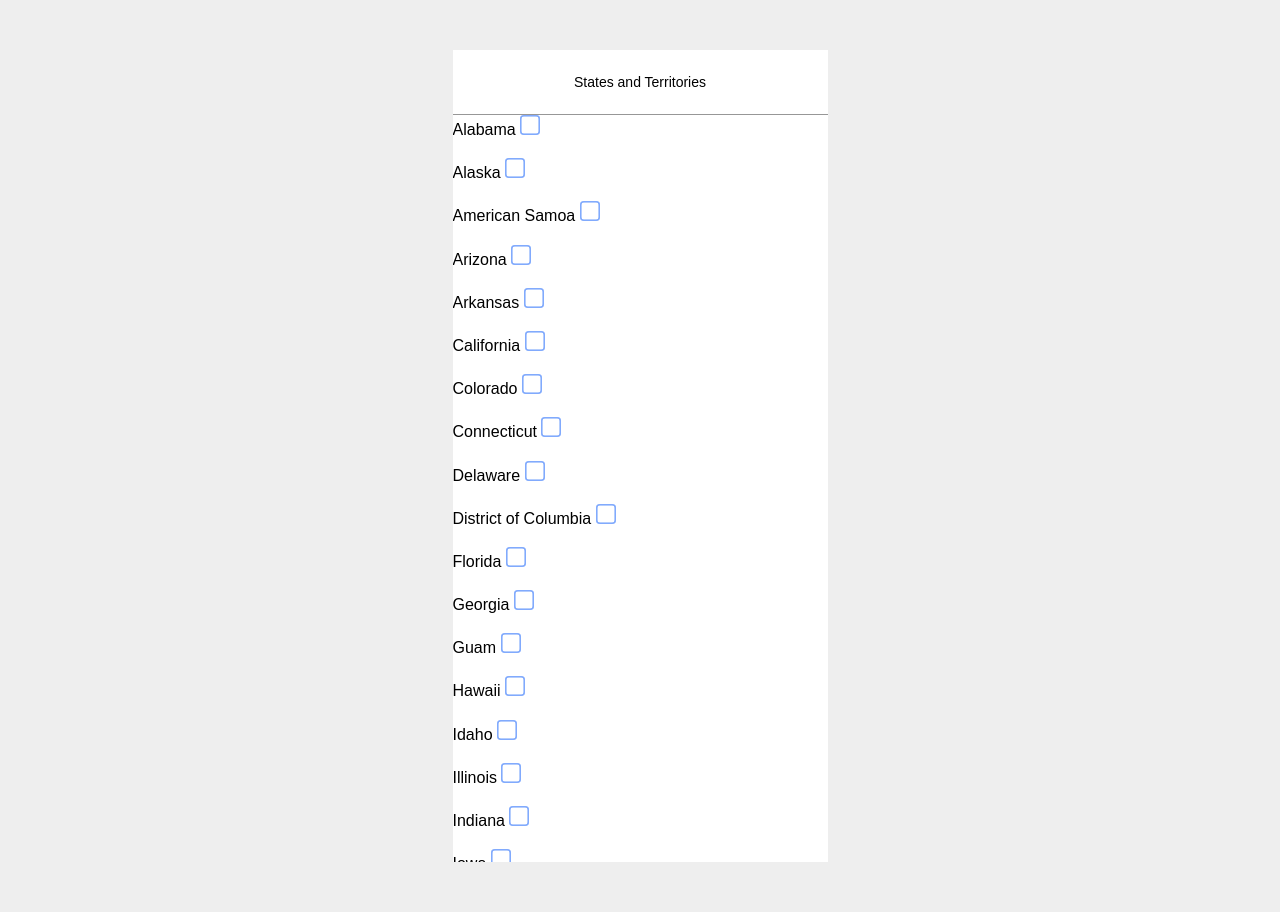
Repository: zitac234/codingTest
Page: /
An editor plug-in stored every save of this project. The page is shown before and after a run of saves, followed by the edit.
The browser window is 1280 px wide. The pictures show the whole page.
The project was rebuilt for these pictures with package versions that can differ from the ones it lists, and the page was loaded fresh each time.

Above is the page before, as saved 2021-03-31 15:06:43.

### src/index.css
body {
  margin: 0;
  font-family: 'Arial', sans-serif;
  -webkit-font-smoothing: antialiased;
  -moz-osx-font-smoothing: grayscale;
  background-color: #eee;
}

### src/Header.js
import "./Header.css";

export function Header() {
  return (
    <header className="header">
      <span className="title">States and Territories</span>
    </header>
  );
}

### src/List.js
import { Fragment } from "react";
// import Card from '@material-ui/core/Card'
// import CardContent from '@material-ui/core/CardContent';
import { Checkbox } from "./Checkbox";
// import { makeStyles } from '@material-ui/core/styles';
import "./List.css";
// const useStyles = makeStyles({
//   root: {
//     minWidth: 275,
//   },
// })
export function List(props) {
  return (
    <div className="list">
      {props.items.map((item) => (
        <Fragment key={item}>
          <div className='state'>
          {item} <Checkbox/><br />
          {/* You also have <Checkbox selected={false} /> */}
          </div>
          </Fragment>
      ))}
    </div>
  );
}

### src/_data.js
export const data = [
  "Alabama",
  "Alaska",
  "American Samoa",
  "Arizona",
  "Arkansas",
  "California",
  "Colorado",
  "Connecticut",
  "Delaware",
  "District of Columbia",
  "Florida",
  "Georgia",
  "Guam",
  "Hawaii",
  "Idaho",
  "Illinois",
  "Indiana",
  "Iowa",
  "Kansas",
  "Kentucky",
  "Louisiana",
  "Maine",
  "Maryland",
  "Massachusetts",
  "Michigan",
  "Minnesota",
  "Mississippi",
  "Missouri",
  "Montana",
  "Nebraska",
  "Nevada",
  "New Hampshire",
  "New Jersey",
  "New Mexico",
  "New York",
  "North Carolina",
  "North Dakota",
  "Northern Mariana Islands",
  "Ohio",
  "Oklahoma",
  "Oregon",
  "Pennsylvania",
  "Puerto Rico",
  "Rhode Island",
  "South Carolina",
  "South Dakota",
  "Tennessee",
  "Texas",
  "Utah",
  "Vermont",
  "Virgin Islands",
  "Virginia",
  "Washington",
  "West Virginia",
  "Wisconsin",
  "Wyoming"
]

### src/Header.css
.header {
  width: 100%;
  font-size: 14px;
  display: flex;
  border-bottom: 1px solid #979797;
}

.title {
  line-height: 24px;
  margin: 20px auto;
}

### src/Checkbox.js
import selected from "./Checkbox-Filled.svg";
import unselected from "./Checkbox-Empty.svg";

export function Checkbox(props) {
  return (
    <img
      width={20}
      height={20}
      src={props.selected ? selected : unselected}
      alt={`Checkbox ${selected ? "selected" : "unselected"}`}
    />
  );
}

### src/List.css
.list {
  flex: 1;
  overflow: auto;
}
.state{
  height: 6vh;
}

Loaded but not shown: public/index.html (common file); src/index.js (common file); src/App.js (common file); src/App.css (common file)

After the next 2 saves:
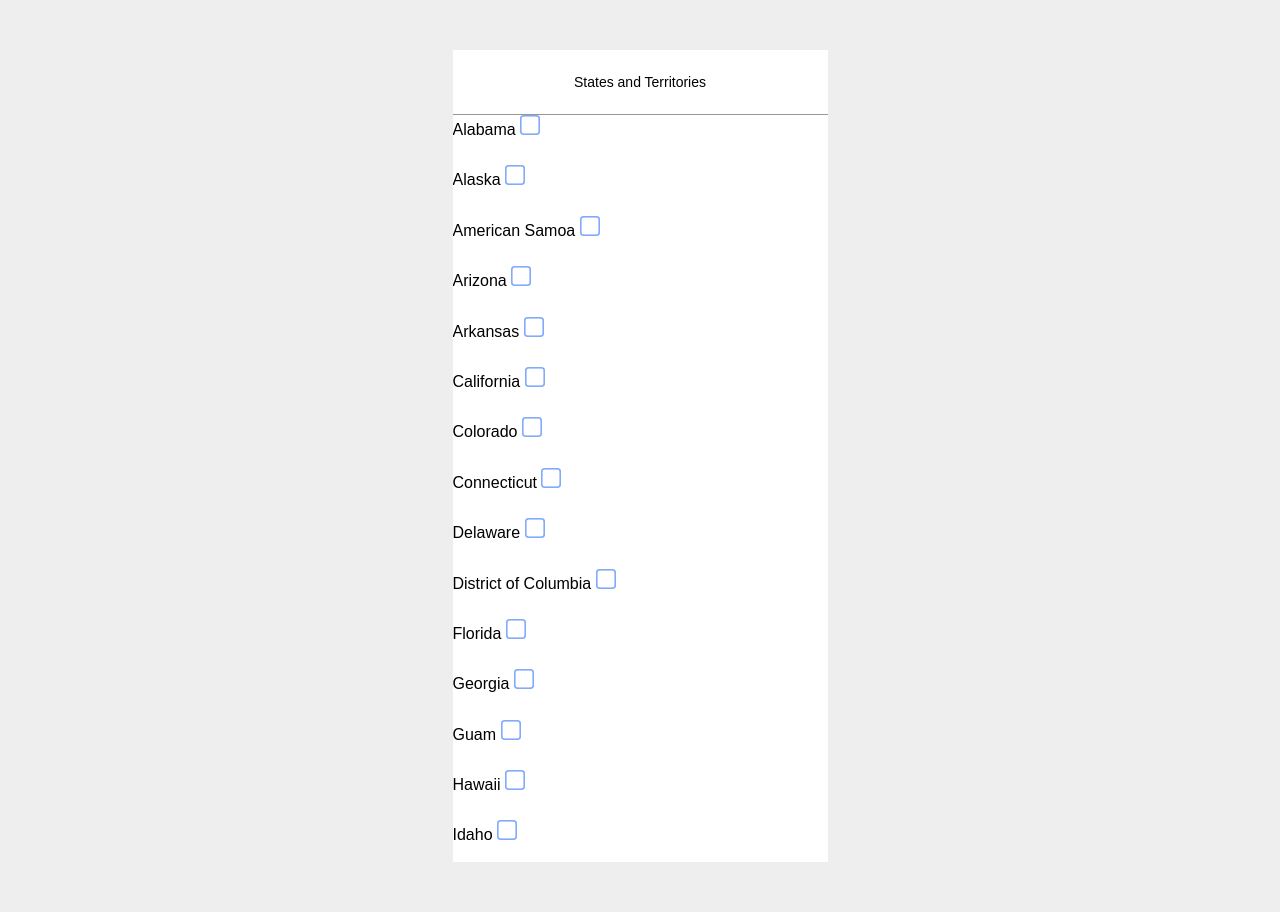
The 2 saves are shown as one change because they came seconds apart.
The last was saved 13 s later.
--- a/src/List.css
+++ b/src/List.css
@@ -3,5 +3,5 @@
   overflow: auto;
 }
 .state{
-  height: 6vh;
+  height: 7vh;
 }
